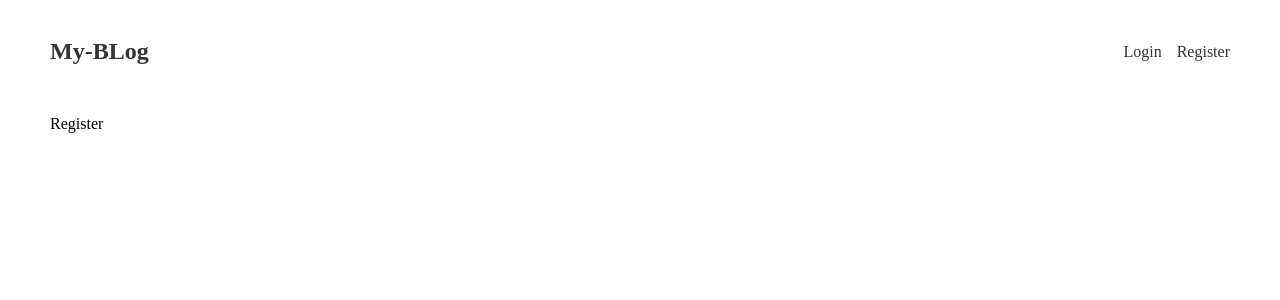
Repository: Attar786/mernblog
Page: /register (app in client/)
An editor plug-in stored every save of this project. The page is shown before and after the next save, followed by the edit.
The browser window is 1280 px wide. The pictures show the whole page.
The project was rebuilt for these pictures with package versions that can differ from the ones it lists, and the page was loaded fresh each time. Also part of the build but not shown: client/vite.config.js, client/src/components/Post.jsx, client/src/pages/Indexpage.jsx, client/src/pages/LoginPage.jsx, client/src/index.css.

Above is the page before, as saved 2024-08-14 17:16:01.

After the next save:
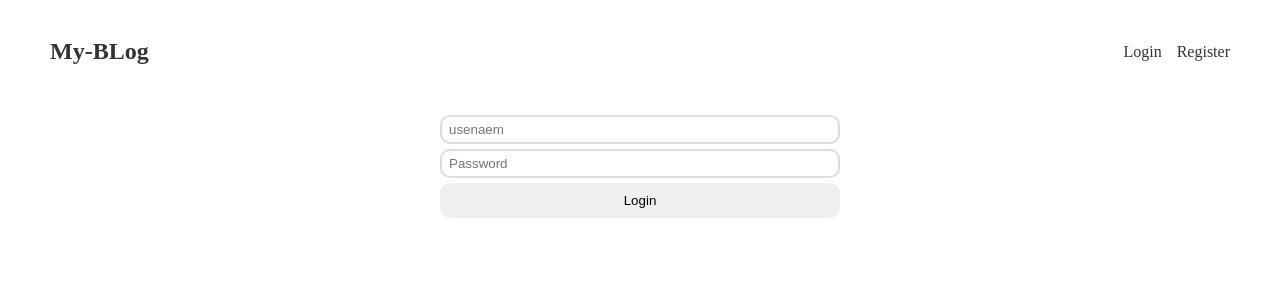
Saved 8 min 3 s later.
--- a/client/src/App.jsx
+++ b/client/src/App.jsx
@@ -3,6 +3,7 @@
 import { Routes, Route } from 'react-router-dom';
 import Indexpage from "./pages/Indexpage";
 import LoginPage from "./pages/LoginPage";
+import RegisterPage from "./pages/RegisterPage";
 
 const App = () => {
   return (
@@ -11,7 +12,7 @@
         <Route path="/" element={<Layout/>}>
         <Route path="/" element={<Indexpage/>} />
         <Route path="/login" element={<LoginPage/>} />
-        <Route path="/register" element={<div>Register</div>} />
+        <Route path="/register" element={<RegisterPage/>} />
         </Route>
       </Routes>
     </>
